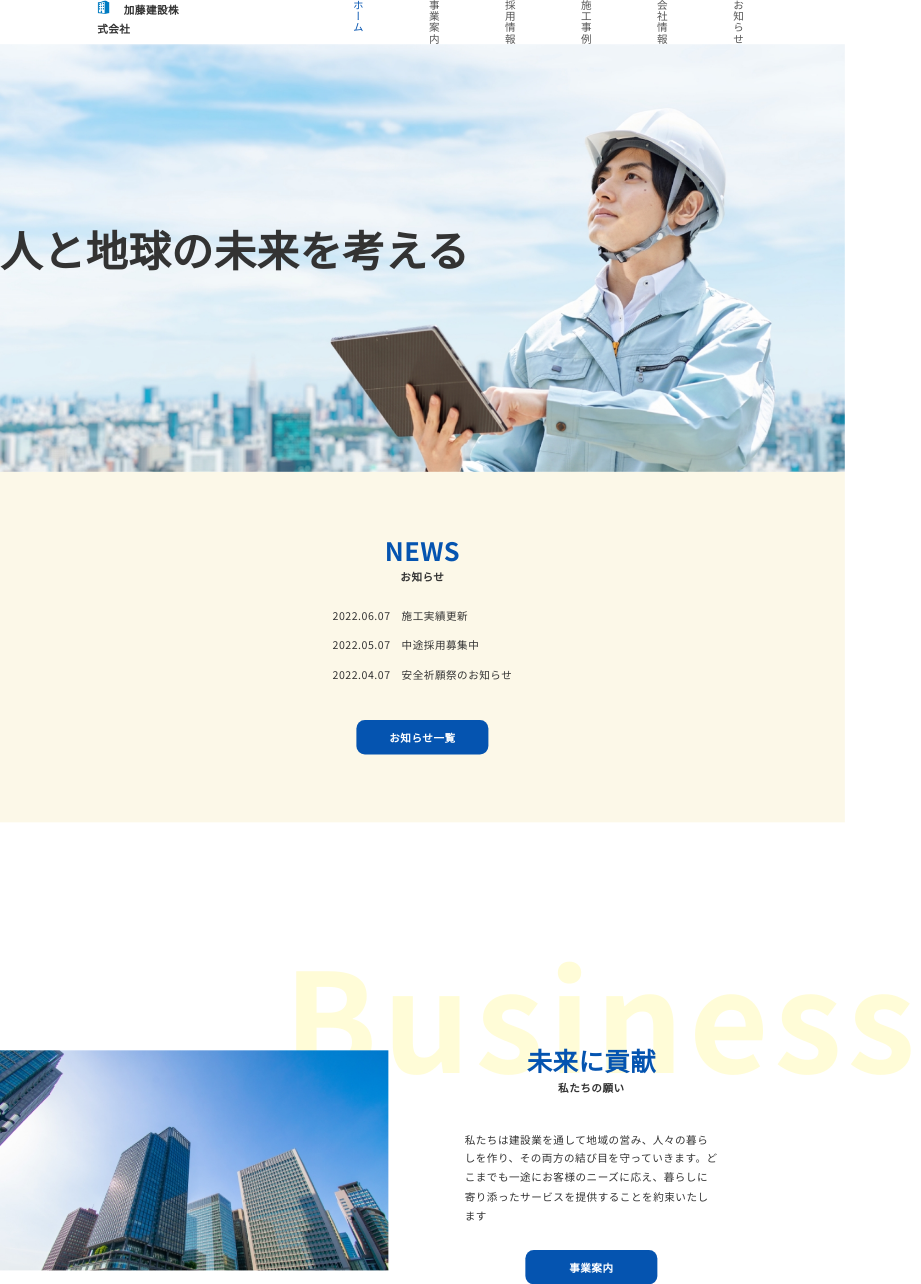
Repository: nozomi-23/hp1_test
Page: index.html
An editor plug-in stored every save of this project. The page is shown before and after a run of saves, followed by the edit.
The browser window is 1280 px wide. The page is 1395 px wide, then 1289 px, so the pictures cover 1395 px, including what lies to the right of the window. The pictures show the whole page, at 66% of full size.

Above is the page before, as saved 2022-06-12 15:23:16.

### index.html
<!DOCTYPE html>
<html lang="ja">
<head>
<meta charset="UTF-8">
<title>加藤建設 株式会社</title>
<meta name="description" content="人と地球の未来を考える 加藤建設 株式会社">
<meta name="keywords" content="建築,土木,インフラ">
<meta name="viewport" content="width=device-width, initial-scale=1.0">
<meta property="og:title" content="建築依頼なら「加藤建設 株式会社」">
<meta property="og:type" content="article">
<meta property="og:url" content="https://withcode-plus.tech">
<meta property="og:image" content="img/logo.png">
<meta property="og:description" content="確かな技術力が自慢、インフラから地域貢献まで加藤建設にお任せ下さい">
<meta property="og:site_name" content="加藤建設 株式会社">
<link rel="icon" href="img/favicon.ico">
<link rel="apple-touch-icon" sizes="180x180" href="img/logo.png">
<link rel="preconnect" href="https://fonts.googleapis.com">
<link rel="preconnect" href="https://fonts.gstatic.com" crossorigin>
<link href="https://fonts.googleapis.com/css2?family=Noto+Sans+JP:wght@400;500;700&family=Noto+Serif+JP&display=swap"
  rel="stylesheet">
<link rel="stylesheet" type="text/css" href="css/reset.css">
<link rel="stylesheet" type="text/css" href="css/common1.css">
<link rel="stylesheet" type="text/css" href="css/index.css">
</head>
<body>
  <!-- =========header -->
  <header>
    <div class="header_wrapper">
      <div class="header_inner">
        <h1 class="header_left">加藤建設株式会社</h1>
        <nav class="header_right" >
          <ul class="header_list">
            <li><a href="#" class="color">ホーム</a></li>
            <li><a href="html/business.html">事業案内</a></li>
            <li><a href="html/recruit.html">採用情報</a></li>
            <li><a href="html/work.html">施工事例</a></li>
            <li><a href="html/company.html">会社情報</a></li>
            <li><a href="html/news.html">お知らせ</a></li>
          </ul>
        </nav>
      </div>
    </div>
  </header>
  <!-- =========main_view -->
  <main>
    <section class="main_wrapper">
      <div class="main_txt">
        <h3>人と地球の未来を考える</h3>
      </div>
    </section>
    <!-- =========news -->
    <section class="news section section_color">
      <div class="news_wrapper">
        <h2 class="title">NEWS<br>
          <small>お知らせ</small></h2>
        <ul class="news_list">
          <li>2022.06.07&emsp;施工実績更新</li>
          <li>2022.05.07&emsp;中途採用募集中</li>
          <li>2022.04.07&emsp;安全祈願祭のお知らせ</li>
        </ul>
        <div class="btn">
          <a href="html/news.html">お知らせ一覧</a>
        </div>
      </div>
    </section>
    <!-- =========business -->
    <section class="business section">
      <div class="business_wrapper">
        <div class="business_all">
          <div class="business_bg_wrapper">
            <div class="business_bg">
              <div class="business_bg_item">
                <p>Business</p>
              </div>
            </div>
          </div>
          <div class="business_block_wrapper">
            <div class="business_block_1">
              <img src="img/bussines_top.png" alt="事業案内画像">
            </div>
            <div class="business_block_2">
              <h2 class="title">未来に貢献<br>
                <small>私たちの願い</small>
              </h2>
              <p>私たちは建設業を通して地域の営み、人々の暮らしを作り、その両方の結び目を守っていきます。どこまでも一途にお客様のニーズに応え、暮らしに寄り添ったサービスを提供することを約束いたします</p>
              <div class="btn">
                <a href="html/business.html">事業案内</a>
              </div>
            </div>
          </div>
        </div>

      </div>
    </section>
  </main>
</body>
</html>

### css/reset.css
@charset "UTF-8";

html,
body,
div,
span,
object,
iframe,
h1,
h2,
h3,
h4,
h5,
h6,
p,
blockquote,
pre,
abbr,
address,
cite,
code,
del,
dfn,
em,
img,
ins,
kbd,
q,
samp,
small,
strong,
sub,
sup,
var,
b,
i,
dl,
dt,
dd,
ol,
ul,
li,
fieldset,
form,
label,
legend,
table,
caption,
tbody,
tfoot,
thead,
tr,
th,
td,
article,
aside,
canvas,
details,
figcaption,
figure,
footer,
header,
hgroup,
menu,
nav,
section,
summary,
time,
mark,
audio,
video {
  margin: 0;
  padding: 0;
  border: 0;
  outline: 0;
  font-size: 100%;
  vertical-align: baseline;
  background: transparent;
}

body {
  line-height: 1;
}

article,
aside,
details,
figcaption,
figure,
footer,
header,
hgroup,
menu,
nav,
section {
  display: block;
}

nav ul {
  list-style: none;
}

blockquote,
q {
  quotes: none;
}

blockquote:before,
blockquote:after,
q:before,
q:after {
  content: '';
  content: none;
}

a {
  margin: 0;
  padding: 0;
  font-size: 100%;
  vertical-align: baseline;
  background: transparent;
}

/* change colours to suit your needs */
ins {
  background-color: #ff9;
  color: #000;
  text-decoration: none;
}

/* change colours to suit your needs */
mark {
  background-color: #ff9;
  color: #000;
  font-style: italic;
  font-weight: bold;
}

del {
  text-decoration: line-through;
}

abbr[title],
dfn[title] {
  border-bottom: 1px dotted;
  cursor: help;
}

table {
  border-collapse: collapse;
  border-spacing: 0;
}

/* change border colour to suit your needs */
hr {
  display: block;
  height: 1px;
  border: 0;
  border-top: 1px solid #cccccc;
  margin: 1em 0;
  padding: 0;
}

input,
select {
  vertical-align: middle;
}

### css/common1.css
@charset "UTF-8";

body {
  color: #333;
  letter-spacing: 0.05em;
  line-height: 1.8;
  font-family: 'Noto Sans JP', sans-serif ,'Noto Serif JP', serif;
  word-break: break-all;
}
li {
  list-style: none;
}

a {
  text-decoration: none;
}
.section {
  padding: 8% 0;
  position: relative;
}


/* タイトル */
.title {
  color: #0554B0;
  font-weight: bold;
  font-size: 2.4rem;
  line-height: 0.8;
  text-align: center;
}
.title small {
  font-size: 1rem;
  color: #333;
}
/* ボタン */
.btn {
  background-color: #0554B0;
  width: 200px;
  margin: 0 auto;
  line-height: 2;
  border-radius: 0.8rem;
}
.btn a {
  display: block;
  color: #fff;
  font-weight: bold;
  padding: 5%;
  text-align: center;
}
.btn:hover {
  opacity: 0.5;
}

### css/index.css
@charset "UTF-8";

/* =================
header
===================*/
.header_wrapper {
  display: flex;
  justify-content: center;
}
.header_inner {
  width: 77%;
  display: flex;
  justify-content: space-between;

}
.header_list {
  display: table;
}
.header_list li {
  display: table-cell;
  writing-mode: vertical-rl;
}
.header_list li a {
  color: #555;
}
.header_list li a:hover {
  opacity: 0.5;
}
.header_list li a.color {
  color: #0554B0;
}

.header_left::before {
  content: "";
  background: url(../img/name_icon.png) no-repeat ;
  background-size: contain;
  width: 30%;
  height: 30%;
  z-index: 1;
  display: inline-block;
}

/* =================
main_view
===================*/
.main_wrapper {
  background: url(../img/top_img.png)no-repeat center;
  background-size: cover;
  width: 100%;
  height: 90vh;
}
.main_txt {
  font-size: 4rem;
  font-weight: normal;
  font-family: 'Noto Serif JP';
  position: relative;
  top: 40%;
}
/* =================
news
===================*/
.section_color {
  background-color: #FCF8E8;
}
.news {
  text-align: center;
  display: block;
}

.news_list {
  padding: 3%;
  text-align: left;
  display: inline-block;

}
.news_list li {
  margin-bottom: 1rem;
}
/* =================
business
===================*/
.business_wrapper {
  po
}
.business_all {
  position: relative;
}
.business_block_wrapper {
  width: 100%;
  height: auto;
  display: flex;
  justify-content: space-between;
  position: absolute;
  top: 65%;
}


.business_block_1 {
  width: 46%;
}
.business_block_1 img{
  width: 100%;
  height: auto;
}
.business_block_2 {
  width: 30%;
  margin-right: 15%;
}

.business_block_2 p {
  padding: 15% 0 10% 0;
}
.business_bg {
  width: 80%;

}
.business_bg_wrapper {
  width: 83%;
  margin-left: auto;
}
.business_bg_item {
  width: 100%;
  /* background-color: aqua; */
}
.business_bg {
  margin-left: auto;
}
.business_bg_item p {
  color: rgba(255, 245, 109, 0.27);
  font-size: 13rem;
  font-weight: 700;
  white-space: nowrap;
  letter-spacing: 0.5rem;
  }

After the next 2 saves:
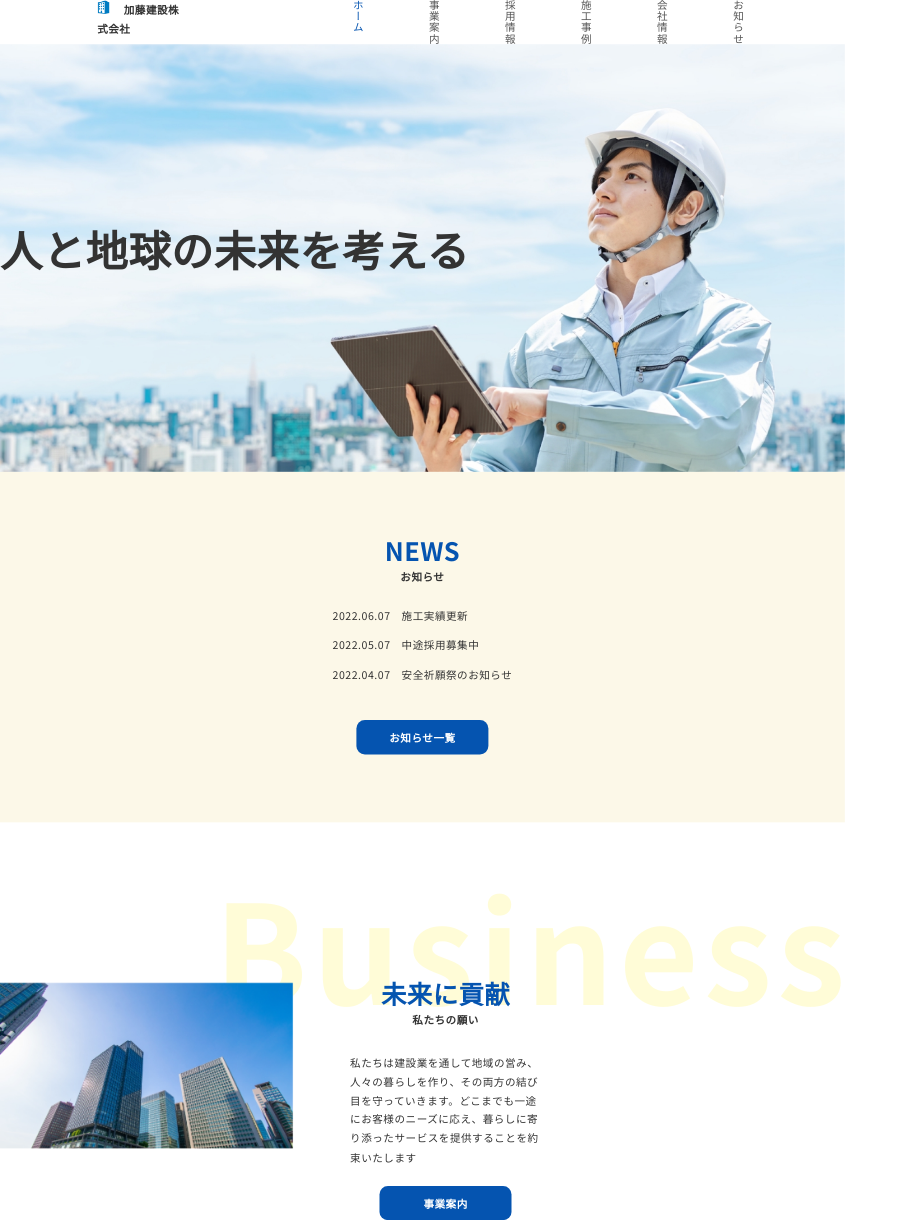
The 2 saves are shown as one change because they came seconds apart.
The last was saved 6 s later.
--- a/css/index.css
+++ b/css/index.css
@@ -80,7 +80,8 @@ news
 business
 ===================*/
 .business_wrapper {
-  po
+  position: absolute;
+  top: 0;
 }
 .business_all {
   position: relative;
